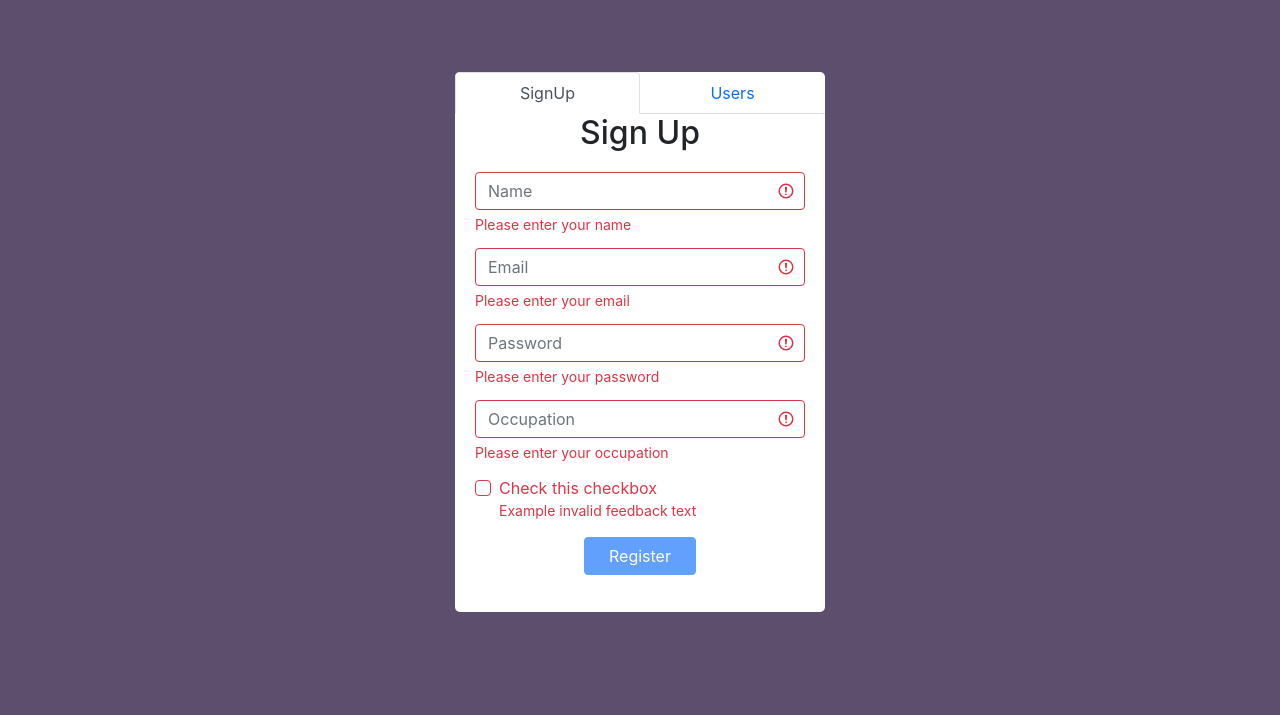
Repository: asadalibest1/SignUp-from
Page: /
These files come from the project's save history. The page is drawn as it stood at one moment and after the next save; the edit follows.
The browser window is 1280 px wide. The pictures show the whole page.
The project was rebuilt for these pictures with package versions that can differ from the ones it lists, and the page was loaded fresh each time.

Above is the page before, as saved 2021-02-08 22:37:44.

### public/index.html
<!DOCTYPE html>
<html lang="en">
  <head>
    <meta charset="utf-8" />
    <link rel="icon" href="%PUBLIC_URL%/favicon.png" />
    <meta name="viewport" content="width=device-width, initial-scale=1" />
    <meta name="theme-color" content="#000000" />
    <meta
      name="description"
      content="Web site created using create-react-app"
    />
    <link rel="apple-touch-icon" href="%PUBLIC_URL%/logo192.png" />
    <!--
      manifest.json provides metadata used when your web app is installed on a
      user's mobile device or desktop. See https://developers.google.com/web/fundamentals/web-app-manifest/
    -->
    <link rel="manifest" href="%PUBLIC_URL%/manifest.json" />
    <!--
      Notice the use of %PUBLIC_URL% in the tags above.
      It will be replaced with the URL of the `public` folder during the build.
      Only files inside the `public` folder can be referenced from the HTML.

      Unlike "/favicon.ico" or "favicon.ico", "%PUBLIC_URL%/favicon.ico" will
      work correctly both with client-side routing and a non-root public URL.
      Learn how to configure a non-root public URL by running `npm run build`.
    -->
    <!-- Bootstrap -->
    <link href="https://cdn.jsdelivr.net/npm/bootstrap@5.0.0-beta1/dist/css/bootstrap.min.css" rel="stylesheet" integrity="sha384-giJF6kkoqNQ00vy+HMDP7azOuL0xtbfIcaT9wjKHr8RbDVddVHyTfAAsrekwKmP1" crossorigin="anonymous">
    <title>Sign Up</title>
  </head>
  <body>
    <noscript>You need to enable JavaScript to run this app.</noscript>
    <div id="root"></div>
    <!--
      This HTML file is a template.
      If you open it directly in the browser, you will see an empty page.

      You can add webfonts, meta tags, or analytics to this file.
      The build step will place the bundled scripts into the <body> tag.

      To begin the development, run `npm start` or `yarn start`.
      To create a production bundle, use `npm run build` or `yarn build`.
    -->
    <script src="https://cdn.jsdelivr.net/npm/bootstrap@5.0.0-beta1/dist/js/bootstrap.bundle.min.js" integrity="sha384-ygbV9kiqUc6oa4msXn9868pTtWMgiQaeYH7/t7LECLbyPA2x65Kgf80OJFdroafW" crossorigin="anonymous"></script>
  </body>
</html>

### src/index.css
body {
  margin: 0;
  font-family: -apple-system, BlinkMacSystemFont, 'Segoe UI', 'Roboto', 'Oxygen',
    'Ubuntu', 'Cantarell', 'Fira Sans', 'Droid Sans', 'Helvetica Neue',
    sans-serif;
  -webkit-font-smoothing: antialiased;
  -moz-osx-font-smoothing: grayscale;
  background-color: #5D4E6D;
}

code {
  font-family: source-code-pro, Menlo, Monaco, Consolas, 'Courier New',
    monospace;
}

### src/App.js
import React from 'react'
import App1 from "./components/App1/App1"

export default function App() {
  return (
    <div>
      <App1 />
    </div>
  )
}

### src/components/App1/App1.js
import React from 'react'
import Tabs from '../Tabs/Tabs'

export default function App1() {
    return (
        <div>
            <Tabs />
        </div>
    )
}

### src/features/counter/counterSlice.js
import { createSlice } from '@reduxjs/toolkit';
const data = [
  {name: "saad", email: "saad@gmail.com", password: "qwerty", occupation: "petrolium engee"},
  {name: "asad", email: "asad@gmail.com", password: "asdfg", occupation: "wed dev"}
]
export const counterSlice = createSlice({
  name: 'counter',

  initialState: {
    data: data,
    value: 0,
    name: "saad",
  },
  reducers: {
    increment: (state, action) => {
      state.value = action.payload;
    },
    decrement: (state, action) => {
      state.value = action.payload;
    },
    changeName: (state, action) => {
      state.name = action.payload;
    },
    setData: (state, action) => {
      state.data = action.payload;
    },
  },
});


export const { increment, decrement, changeName, setData } = counterSlice.actions;

// The function below is called a thunk and allows us to perform async logic. It
// can be dispatched like a regular action: `dispatch(incrementAsync(10))`. This
// will call the thunk with the `dispatch` function as the first argument. Async
// code can then be executed and other actions can be dispatched

// export const incrementAsync = amount => dispatch => {
//   setTimeout(() => {
//     dispatch(incrementByAmount(amount));
//   }, 1000);
// };

// The function below is called a selector and allows us to select a value from
// the state. Selectors can also be defined inline where they're used instead of
// in the slice file. For example: `useSelector((state) => state.counter.value)`

export const selectCount = state => state.counter.value;
export const name = state => state.counter.name;
export const Data = state => state.counter.data;

export default counterSlice.reducer;

### src/components/Tabs/Tabs.js
import React from 'react'
import SignUp from "../SignUp/SignUp"
import Users from "../Users/Users"
import "./Tabs.css"

export default function Tabs() {
    return (
        <div className="tabs-main">
            <div className="tabs">

                <ul className="nav nav-tabs" id="myTab" role="tablist">
                    <li className="nav-item text-center w-50" role="presentation">
                        <a className="nav-link active" id="signUp-tab" data-bs-toggle="tab" href="#signUp" role="tab" aria-controls="signUp" aria-selected="true">SignUp</a>
                    </li>
                    <li className="nav-item text-center w-50" role="presentation">
                        <a className="nav-link" id="users-tab" data-bs-toggle="tab" href="#users" role="tab" aria-controls="users" aria-selected="false">Users</a>
                    </li>
                </ul>
                <div className="tab-content" id="myTabContent">
                    <div className="tab-pane fade show active" id="signUp" role="tabpanel" aria-labelledby="signUp-tab">
                        <SignUp />
                    </div>
                    <div className="tab-pane fade" id="users" role="tabpanel" aria-labelledby="users-tab">

                        <Users />
                    </div>
                </div>


            </div>
        </div>
    )
}

### src/components/SignUp/SignUp.js
import React from 'react'
import "./SignUp.css"

import { useSelector, useDispatch } from 'react-redux';
import {
  decrement,
  increment,
  selectCount,
  changeName,
  Data,
  setData,
} from '../../features/counter/counterSlice';


export default function SignUp() {

  const count = useSelector(selectCount);
  const dispatch = useDispatch();
  const data = useSelector(Data);

  const [name, setName] = React.useState("");
  const [email, setEmail] = React.useState("");
  const [password, setPassword] = React.useState("");
  const [occupation, setOccupation] = React.useState("");
  const [selectOption, setSelectOption] = React.useState(false);

  var match = null;

  React.useEffect(() => {

    const Button = document.querySelector(".submitButton button");

    if (name === "",
      email === "",
      password === "",
      occupation === "",
      selectOption === false) {

      Button.setAttribute("disabled", "disabled");

    } else {
      Button.removeAttribute("disabled");
    }

  }, [name, email, password, occupation, selectOption])

  function submit(e) {
      e.preventDefault();
    // const checkEmail = /^(([^<>()[\]\\.,;:\s@\"]+(\.[^<>()[\]\\.,;:\s@\"]+)*)|(\".+\"))@((\[[0-9]{1,3}\.[0-9]{1,3}\.[0-9]{1,3}\.[0-9]{1,3}\])|(([a-zA-Z\-0-9]+\.)+[a-zA-Z]{2,}))$/;
    // if (checkEmail.test(email) === true){
      for (let i = 0; i < data.length; i++) {

        if (data[i].email === email) {
          match = true;
          break;
        } else {
          match = false;
        }
      }
// }

    if (match === false){

      dispatch(setData([...data, {name, email, password, occupation}]))

    }if (match === true){
      alert("Email already taken!")
    }
  }

  return (
    <div className="SignUp">
      <h2 className="text-center">Sign Up</h2>

      <form className="was-validated">

        <div className="mb-3">
          <input type="name" className="form-control" id="validationInput" onChange={(e) => setName(e.target.value)} placeholder="Name" required />
          <div className="invalid-feedback">
            Please enter your name
    </div>
        </div>

        <div className="mb-3">
          <input type="email" className="form-control" id="validationInput" onChange={(e) => setEmail(e.target.value)} placeholder="Email" required />
          <div className="invalid-feedback emailerr">
            Please enter your email
    </div>
        </div>

        <div className="mb-3">
          <input type="password" className="form-control" id="validationInput" onChange={(e) => setPassword(e.target.value)} placeholder="Password" required />
          <div className="invalid-feedback">
            Please enter your password
    </div>
        </div>

        <div className="mb-3">
          <input type="text" className="form-control" id="validationInput" onChange={(e) => setOccupation(e.target.value)} placeholder="Occupation" required />
          <div className="invalid-feedback">
            Please enter your occupation
    </div>
        </div>


        <div className="radioButton form-check mb-3">
          <input type="checkbox" className="form-check-input" onClick={() => setSelectOption(!selectOption)} id="validationFormCheck1" required />
          <label className="form-check-label" for="validationFormCheck1">Check this checkbox</label>
          <div className="invalid-feedback">Example invalid feedback text</div>
        </div>


        <div className="submitButton mb-3 text-center">
          <button className="btn btn-primary px-4" type="submit"
            onClick={submit}
          >Register</button>
        </div>
      </form>

      {/* <p>{count}</p> */}
      {/* <p>{count}</p>
<button onClick={() => dispatch(increment(count+1))} >increment</button>
<button onClick={() => dispatch(decrement(count-1))} >decrement</button>
<p>{Name}</p>
<button onClick={() => dispatch(changeName("sharif"))} >changeName</button> */}

    </div>
  )
}

### src/components/Users/Users.js
import React from 'react'
import "./Users.css"

import { useSelector, useDispatch } from 'react-redux';

import {
  Data,
} from '../../features/counter/counterSlice';

export default function Users() {

  const data = useSelector(Data);

  return (
    <div className="users">

      <div className="tabpanel" role="tabpanel">
        <div className="panel-coloumn mt-3">
          <div className="list-group" id="myList" role="tablist">

            {
              data.map((item, ind) => {
                return <a className="list-group-item list-group-item-action" data-bs-toggle="list" href={"#target" + ind} role="tab">{item.name}</a>
              })
            }

          </div>
        </div>

        <div className="tab-content">

          {
            data.map((item, ind) => {

              return <div className="tab-pane" id={"target" + ind} role="tabpanel" key={ind}>
                <ul className="list-group list-group-flush">
                  <li className="list-group-item">Name: {item.name}</li>
                  <li className="list-group-item">Email: {item.email}</li>
                  <li className="list-group-item">Password: {item.password}</li>
                  <li className="list-group-item">Occupation: {item.occupation}</li>
                </ul>
              </div>
            })
          }
        </div>
      </div>
    </div>
  )
}

### src/components/Tabs/Tabs.css
.tabs{
    width: 370px;
    height: 75vh;
    background-color: white;
    margin: auto auto;
    margin-top: 10vh;
    border-radius: 5px;
    overflow: hidden;
}

### src/components/SignUp/SignUp.css
.SignUp form{
    margin: 20px;
}
.SignUp form > div{
    /* border: 1px solid black; */
    height: 60px;
}

.SignUp form .radioButton{
    /* border: 1px solid black; */
    height: 45px;
}
.radioButton div{
    /* border: 1px solid black; */
    margin: 0;
}

@media (max-width: 800px) {
    /* .SignUp form{
        margin-top: 3vh;
    } */
    .SignUp h2 {
        margin: 30px auto;
        font-size: 34px;
    }
    .SignUp form > div{
        height: 65px;
    }
    .SignUp form button{
        margin-top: 15px;
    }

}

### src/components/Users/Users.css
.users .tabpanel{
    display: flex;
    flex-direction: row;
    overflow: auto;
}
.users .tabpanel a{
    border-radius: 0;
}

.users .tab-content{
    height: fit-content;
    margin-top: 20px;
    margin-left: 20px;
}

.panel-coloumn{
    border-right: 1px solid rgb(240, 223, 223);
    height: 500px;
    width: 120px;
}

Loaded but not shown: src/index.js (common file); src/app/store.js (common file); src/serviceWorker.js (common file)

After the next save:
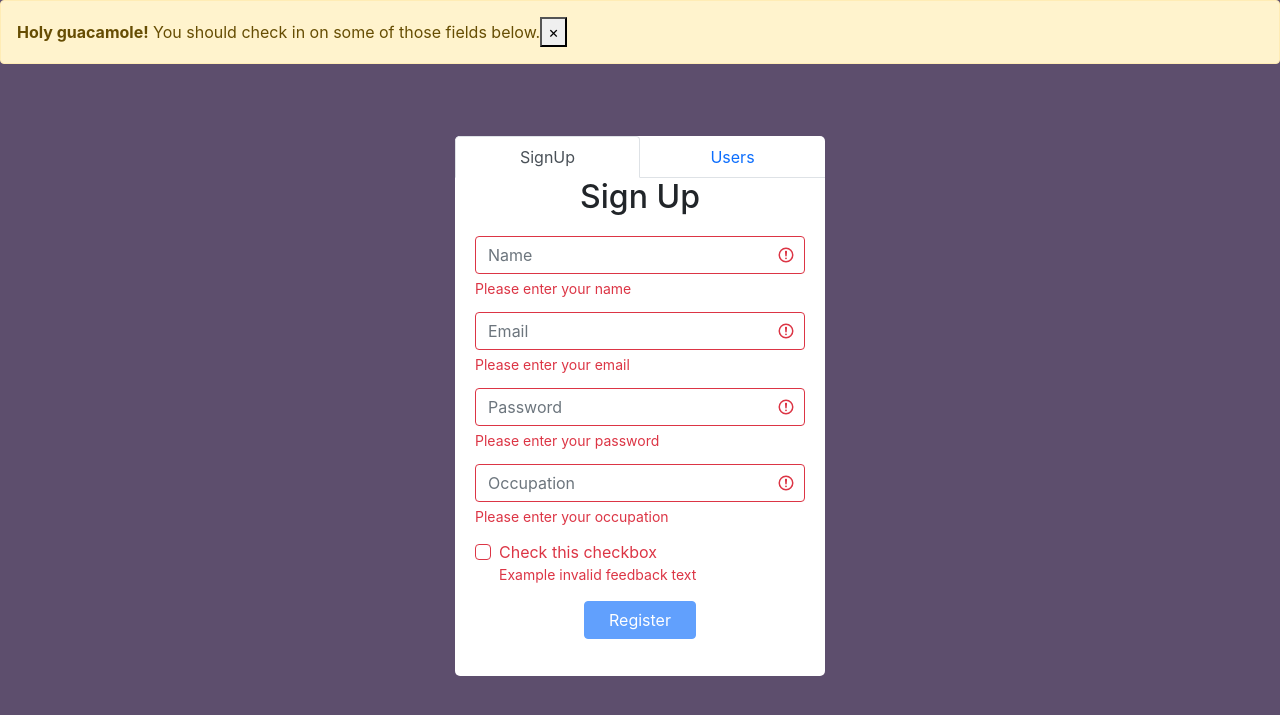
Saved 3 min 34 s later.
--- a/src/components/App1/App1.js
+++ b/src/components/App1/App1.js
@@ -4,6 +4,12 @@ import Tabs from '../Tabs/Tabs'
 export default function App1() {
     return (
         <div>
+            <div class="alert alert-warning alert-dismissible fade show" role="alert">
+                <strong>Holy guacamole!</strong> You should check in on some of those fields below.
+  <button type="button" class="close" data-dismiss="alert" aria-label="Close">
+                    <span aria-hidden="true">&times;</span>
+                </button>
+            </div>
             <Tabs />
         </div>
     )
